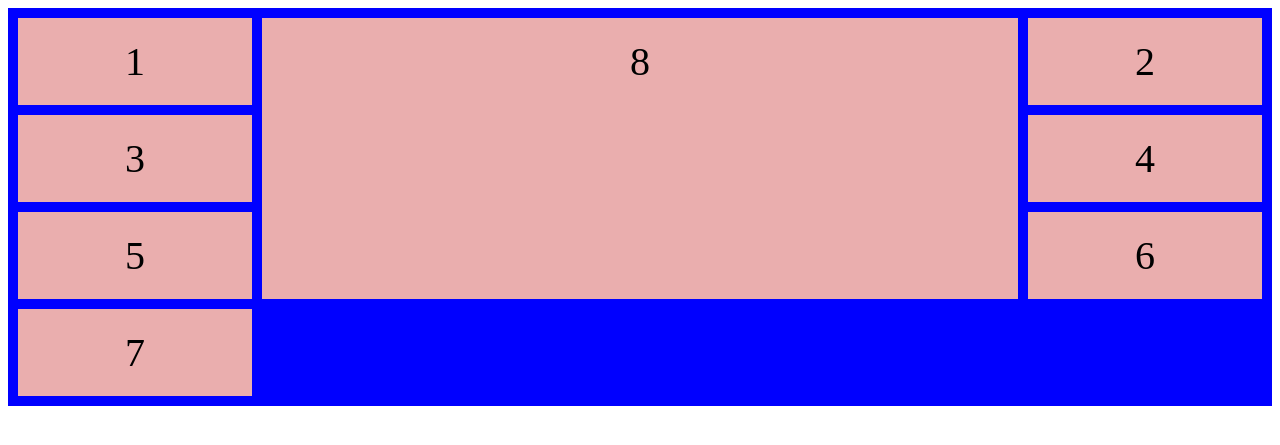
Repository: Thonghehe/Lab2_Web106
Page: Buoi2/index24.html
An editor plug-in stored every save of this project. The page is shown before and after the next save, followed by the edit.
The browser window is 1280 px wide. The pictures show the whole page.

Above is the page before, as saved 2024-03-09 17:18:04.

### Buoi2/index24.html
<!DOCTYPE html>
<html lang="en">

<head>
    <meta charset="UTF-8">
    <meta name="viewport" content="width=device-width, initial-scale=1.0">
    <title>Document</title>
    <style>
        .container {
            display: grid;
            grid-template-columns: auto auto auto auto auto auto;
            gap: 10px;
            padding: 10px;
            background-color: blue;
        }

        .container>div {
            background-color: rgb(234, 174, 174);
            text-align: center;
            padding: 20px;
            font-size: 40px;
        }

        .item8 {
            grid-area: 1 / 2 / 4 / 6;
        }
    </style>
</head>

<body>
    <div class="container">
        <div class="item1">1</div>
        <div class="item2">2</div>
        <div class="item3">3</div>
        <div class="item4">4</div>
        <div class="item5">5</div>
        <div class="item6">6</div>
        <div class="item7">7</div>
        <div class="item8">8</div>
    </div>
</body>

</html>

After the next save:
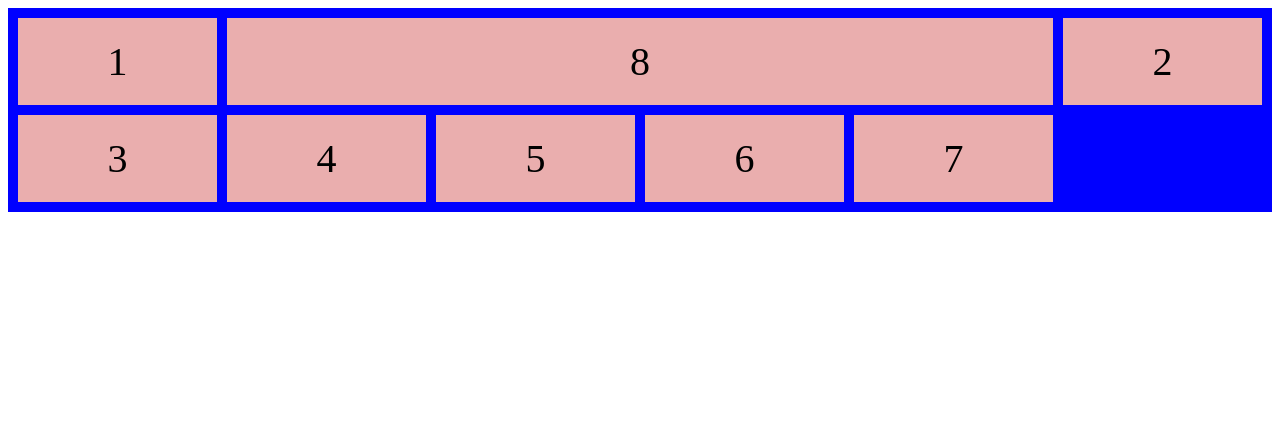
Saved 5 s later.
--- a/Buoi2/index24.html
+++ b/Buoi2/index24.html
@@ -22,7 +22,7 @@
         }
 
         .item8 {
-            grid-area: 1 / 2 / 4 / 6;
+            grid-area: 1 / 2 / 2 / 6;
         }
     </style>
 </head>
